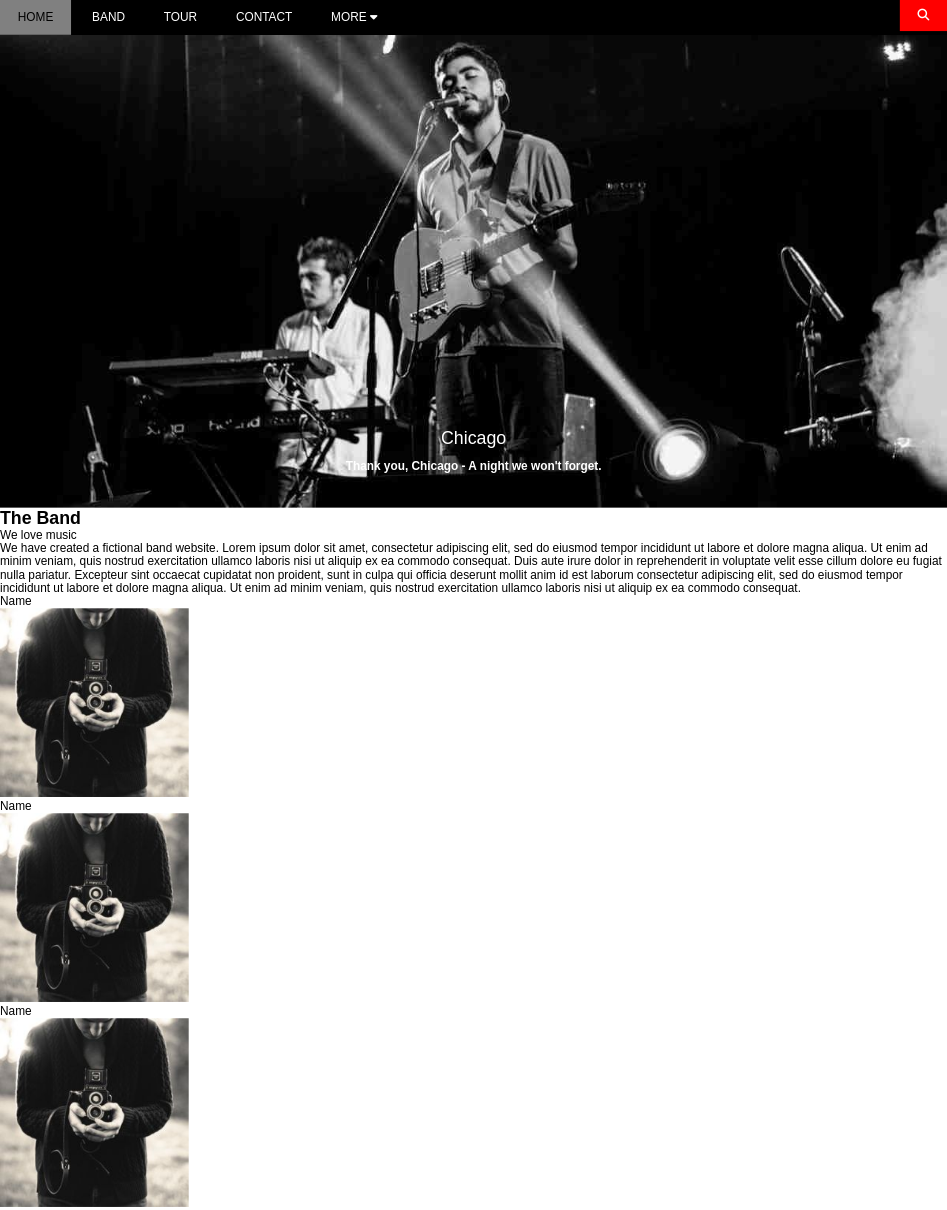
Repository: ngotranphuongbao/theband
Page: index.html
An editor plug-in stored every save of this project. The page is shown before and after the next save, followed by the edit.
The browser window is 1280 px wide. The pictures show the whole page, at 74% of full size.
Some web libraries are served in a nearby version.

Above is the page before, as saved 2022-12-21 19:55:20.

### index.html
<!DOCTYPE html>
<html lang="en">
<head>
    <meta charset="UTF-8">
    <meta http-equiv="X-UA-Compatible" content="IE=edge">
    <meta name="viewport" content="width=device-width, initial-scale=1.0">
    <title>Document</title>
    <link rel="stylesheet" href="./assets/css/style.css">
    <script src="https://kit.fontawesome.com/55a0c61423.js" crossorigin="anonymous"></script>
</head>
<body>
    <div id="main">
        <div id="header">
            <ul id="nav">
                <li><a href="">Home</a></li>
                <li><a href="">Band</a></li>
                <li><a href="">Tour</a></li>
                <li><a href="">Contact</a></li>
                <li>
                    <a href="">
                        More
                        <i class="fa fa-caret-down"></i>
                    </a>
                    <ul id="subnav">
                        <li><a href="">Merchandise</a></li>
                        <li><a href="">Extras</a></li>
                        <li><a href="">Media</a></li>
                    </ul>
                </li>
            </ul>
            <div id="search">
                <i class="fa fa-search"></i>
            </div>
        </div>

        <div id="slider">
            <div id="slider-caption">
                <h3>Chicago</h3>
                <p><b>Thank you, Chicago - A night we won't forget.</b></p>
            </div>

        </div>

        <div id="content">
            <div id="the-band">
                <div id="the-band-main">
                    <h2 class="content-title">The Band</h2>
                    <p class="content-subtitle">We love music</p>
                    <p id="the-band-about">We have created a fictional band website. Lorem ipsum dolor sit amet, consectetur adipiscing elit, sed do eiusmod tempor incididunt ut labore et dolore magna aliqua. Ut enim ad minim veniam, quis nostrud exercitation ullamco laboris nisi ut aliquip ex ea commodo consequat. Duis aute irure dolor in reprehenderit in voluptate velit esse cillum dolore eu fugiat nulla pariatur. Excepteur sint occaecat cupidatat non proident, sunt in culpa qui officia deserunt mollit anim id est laborum consectetur adipiscing elit, sed do eiusmod tempor incididunt ut labore et dolore magna aliqua. Ut enim ad minim veniam, quis nostrud exercitation ullamco laboris nisi ut aliquip ex ea commodo consequat.</p>
                    <div id="the-band-member">
                        <div class="member">
                            <p class="member-name">Name</p>
                            <img src="/assets/image/member/bandmember.jpg" alt="" class="member-photo">
                        </div>

                        <div class="member">
                            <p class="member-name">Name</p>
                            <img src="/assets/image/member/bandmember.jpg" alt="" class="member-photo">
                        </div>

                        <div class="member">
                            <p class="member-name">Name</p>
                            <img src="/assets/image/member/bandmember.jpg" alt="" class="member-photo">
                        </div>
                    </div>
                </div>
            </div>

            <div id="tour-dates">

            </div>

            <div id="contact">

            </div>

            <div id="picture">

            </div>

        </div>

        <div id="footer">

        </div>
    </div>

</body>
</html>

### assets/css/style.css
* {
    padding: 0px;
    margin: 0px;
    box-sizing: border-box;
}

html {
    font-family: Arial, Helvetica, sans-serif;
}

#main {

}

#header {
    height: 46.5px;
    background-color: black;
    position: fixed;
    top: 0px;
    left: 0px;
    right: 0px;
    z-index: 1;
}

#nav {
    display: inline-block;
}
#nav > li {
    display: inline-block;
    padding: 12px 24px;
    position: relative;
}

#nav > li > a {
    line-height: 22.5px;
    text-decoration: none;
    text-transform: uppercase;
    color: white;
}

#nav > li:hover {
    background-color: grey;
}

#nav > li:hover > a {
    color: black;
}

#subnav {
    display: none;
    position: absolute;
    top: 45px;
    left: 0px;
    box-shadow: 0px 0px 10px rgba(0, 0, 0, 0.3);
    background-color: white;
}

#subnav > li {
    display: block;
    width: 160px;
    height: 38.5px;
    padding: 8px 16px;
}

#subnav > li:hover {
    background-color: grey;
}

#nav > li:hover > #subnav {
    display: block;
}

#subnav > li > a {
    text-decoration: none;
    color: black;
}

.fa-caret-down {
    width: 8.575px;
    height: 15px;
}

#search {
    float: right;
    padding: 12px 24px;
    background-color: red;
    cursor: pointer;
}

.fa-search {
    line-height: 22.5px;
    color: white;
}
#slider {
    margin-top: 45.6px;
    padding-top: 50%;
    background: url(/assets/image/slider/chicago.jpg) top center / cover no-repeat;
    position: relative;
}

#slider-caption {
    position: absolute;
    bottom: 32px;
    width: 100%;
    text-align: center;
}

#slider-caption > p {
    margin: 15px;
    color: white;
}

#slider-caption > h3 {
    margin-bottom: 10px;
    color: white;
    font-weight: 400;
    font-size: 24px;
}


#content {

}

#footer {

}

After the next save:
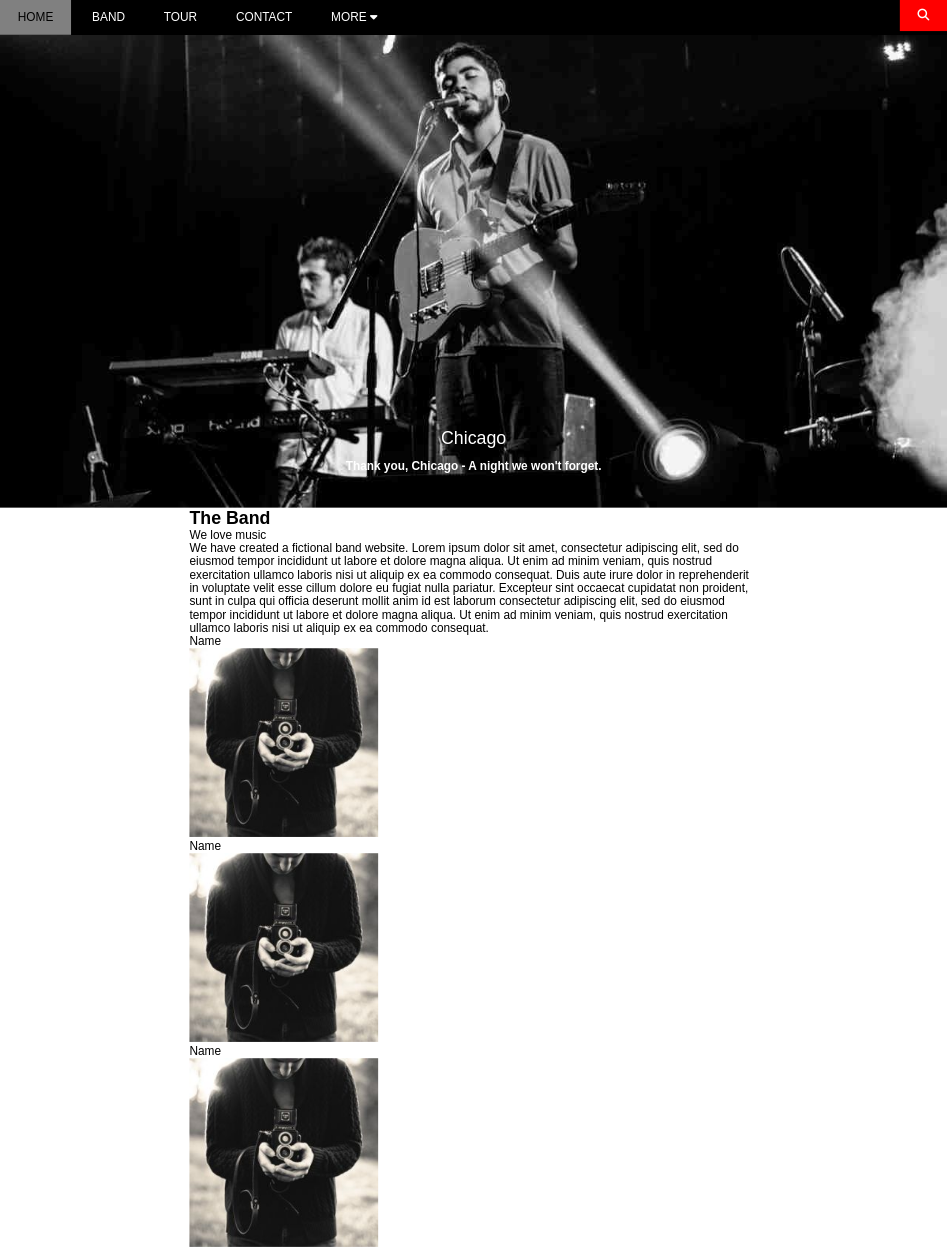
Saved 55 s later.
--- a/assets/css/style.css
+++ b/assets/css/style.css
@@ -121,7 +121,10 @@ html {
 #content {
 
 }
-
+#the-band-main {
+    width: 768px;
+    margin: auto;
+}
 #footer {
 
 }
